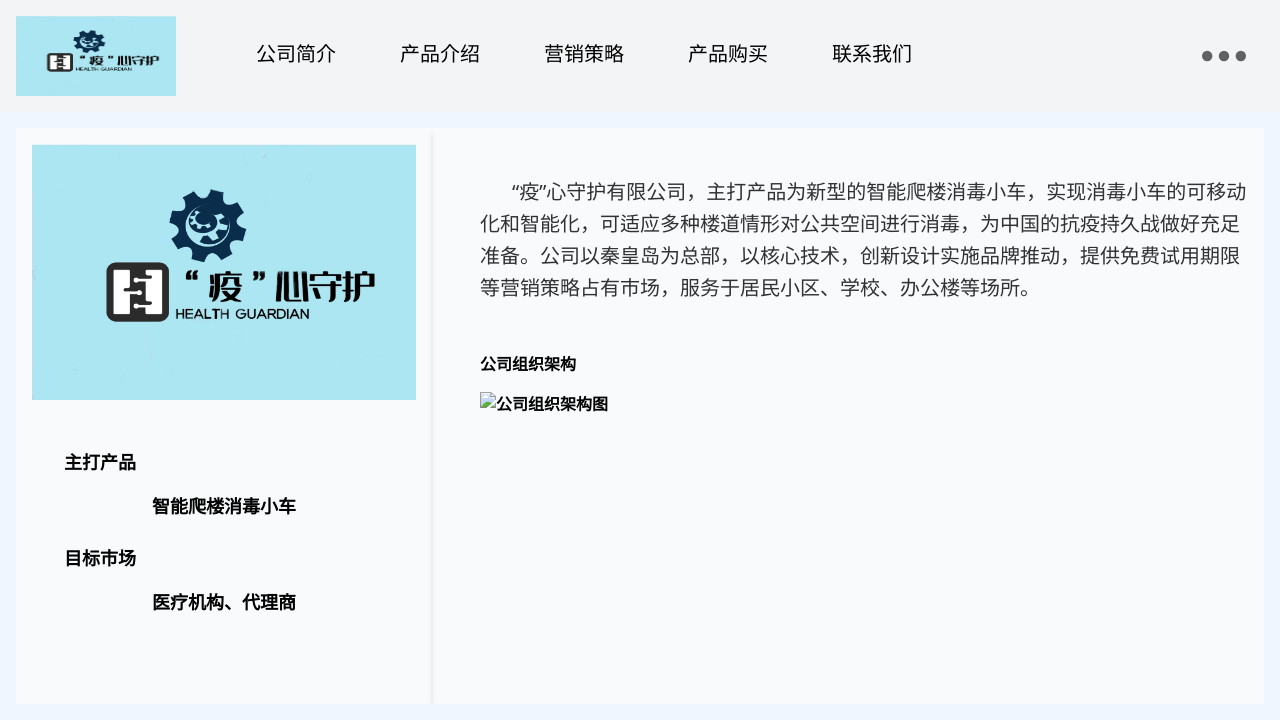
Repository: LiuRuohui/company_introduction
Page: /#/introduction
The author's editor kept a copy of each file at every save. The page is drawn from the files as they stood at one save, then again after the next save.
The browser window is 1280 px wide. The pictures show the whole page.
The project was rebuilt for these pictures with package versions that can differ from the ones it lists, and the page was loaded fresh each time. Also part of the build but not shown: vite.config.js, src/components/product.vue, src/components/purchase.vue, src/components/strategy.vue, src/components/contact.vue.

Above is the page before, as saved 2022-05-12 23:15:21.

### index.html
<!DOCTYPE html>
<html lang="en">
  <head>
    <meta charset="UTF-8" />
    <link rel="icon" href="/favicon.ico" />
    <meta name="viewport" content="width=device-width, initial-scale=1.0" />
    <title>COMPANY_INTRODUCTION</title>
  </head>
  <body>
    <div id="app"></div>
    <script type="module" src="/src/main.js"></script>
  </body>
</html>

### src/main.js
import { createApp } from 'vue'
import "./index.css";
//引入路由器
import router from '../src/router/route.js'

import App from './App.vue'

const app = createApp(App);
app.use(router);
app.mount('#app');

### src/index.css
/* ./src/index.css */

@tailwind base;
@tailwind components;
.inputFrame {
  @apply w-full content-center text-base px-4 py-2 border-b rounded-2xl border-gray-300;
}

.inputFrame:focus {
  @apply outline-none border-indigo-500;
}

.btn {
  @apply w-full flex justify-center bg-gradient-to-r from-indigo-500 to-blue-600 text-gray-100 p-4 rounded-full tracking-wide font-semibold shadow-lg cursor-pointer transition ease-in duration-500;
}

.btn:hover {
  @apply bg-gradient-to-l from-blue-500 to-indigo-600;
}

.label {
  @apply ml-3 text-sm font-bold text-gray-700 tracking-wide;
}

@tailwind utilities;

### src/router/route.js
import { createRouter, createWebHashHistory } from "vue-router";
//引入组件
import Introduction from "../components/introduction.vue"
import Product from "../components/product.vue"
import Purchase from "../components/purchase.vue"
import Strategy from "../components/strategy.vue"
import Contact from "../components/contact.vue"

const route = [
    {
        path:'/introduction',
        component:Introduction
    },
    {
        path:'/product',
        component:Product
    },
    {
        path:'/strategy',
        component:Strategy
    },
    {
        path:'/purchase',
        component:Purchase
    },
    {
        path:'/contact',
        component:Contact
    },
]

// 创建路由对象
const router = createRouter({
    history: createWebHashHistory(),
    routes: route
  });


export default router

### src/App.vue
<script setup>
import MainPage from './components/mainPage.vue';
// This starter template is using Vue 3 <script setup> SFCs
// Check out https://vuejs.org/api/sfc-script-setup.html#script-setup

</script>

<template>
<MainPage class="select-none"></MainPage>
</template>

<style>
	/* Hide scrollbar for Chrome, Safari and Opera */
	.no-scrollbar::-webkit-scrollbar {
		display: none;
	}

	/* Hide scrollbar for IE, Edge and Firefox */
	.no-scrollbar {
		-ms-overflow-style: none; /* IE and Edge */
		scrollbar-width: none; /* Firefox */
	}
</style>

### src/components/introduction.vue
<script setup>
const intro = "“疫”心守护有限公司，主打产品为新型的智能爬楼消毒小车，实现消毒小车的可移动化和智能化，可适应多种楼道情形对公共空间进行消毒，为中国的抗疫持久战做好充足准备。公司以秦皇岛为总部，以核心技术，创新设计实施品牌推动，提供免费试用期限等营销策略占有市场，服务于居民小区、学校、办公楼等场所。"
</script>

<template>
    <div class="w-full m-4 flex flex-row bg-slate-50 overflow-y-auto no-scrollbar">
        <div class="flex h-full w-1/3 shadow-md">
            <div class="m-4 w-full flex flex-col">
                <img src="/src/assets/logo.png" class="h-64" alt="">
                <div class="flex flex-grow my-4">
                    <div class="w-full m-8 flex flex-col text-lg font-sans font-bold">
                        <div class="w-full h-24">
                            主打产品
                            <div class="w-full text-center mt-4">智能爬楼消毒小车</div>
                        </div>
                        <div class="w-full h-24">
                            目标市场
                             <div class="w-full text-center mt-4">医疗机构、代理商</div>
                        </div>
                    </div>
                </div>
            </div>
        </div>
        <div class="flex flex-grow flex-col shadow-md w-2/3">
            <div class="m-4 w-full h-1/4 text-ellipsis">
                <div class="m-8 leading-8 indent-8 opacity-80 hover:opacity-100 hover:cursor-pointer font-sans text-left break-normal text-xl font-medium">{{intro}}</div>
            </div>
            <div class="m-4 w-full flex flex-grow flex-row">
                <div class="m-8 font-bold">
                    公司组织架构
                    <img src="" alt="公司组织架构图" class="mt-4">
                </div>
                <div></div>
            </div>
        </div>
    </div>
</template>

### src/components/mainPage.vue
<script setup></script>

<template>
    <div class="min-h-screen w-full flex flex-col bg-white">
        <div class="w-full h-28 flex flex-row bg-gray-100">
            <div class="h-full flex flex-col">
                <img
                    src="/src/assets/logo.png"
                    alt="公司图标"
                    class="h-20 m-4 w-40"
                />
            </div>
            <div class="flex font-sans text-xl ml-8">
                <router-link
                    active-class="active"
                    to="/introduction"
                    class="px-8 pt-10 hover:cursor-pointer hover:bg-blue-300"
                    >公司简介</router-link
                >
                <router-link
                    active-class="active"
                    to="/product"
                    class="px-8 pt-10 hover:cursor-pointer hover:bg-blue-300"
                    >产品介绍</router-link
                >
                <router-link
                    active-class="active"
                    to="/strategy"
                    class="px-8 pt-10 hover:cursor-pointer hover:bg-blue-300"
                    >营销策略</router-link
                >
                <router-link
                    active-class="active"
                    to="/purchase"
                    class="px-8 pt-10 hover:cursor-pointer hover:bg-blue-300"
                    >产品购买</router-link
                >
                <router-link
                    active-class="active"
                    to="/contact"
                    class="px-8 pt-10 hover:cursor-pointer hover:bg-blue-300"
                    >联系我们</router-link
                >
            </div>
            <div class="flex flex-grow flex-row-reverse">
                <img
                    src="/src/assets/more.svg"
                    alt="更多"
                    class="w-16 h-16 opacity-60 mt-6 mr-6 hover:cursor-pointer"
                />
            </div>
        </div>
        <div class="w-full flex flex-grow bg-blue-50">
            <router-view></router-view>
        </div>
    </div>
</template>

<style></style>

### tailwind.config.js
module.exports = {
  content: [
      "./index.html",
      "./src/**/*.{vue,js,ts,jsx,tsx}",
  ],
  theme: {
      extend: {},
  },
  plugins: [],
}

After the next save:
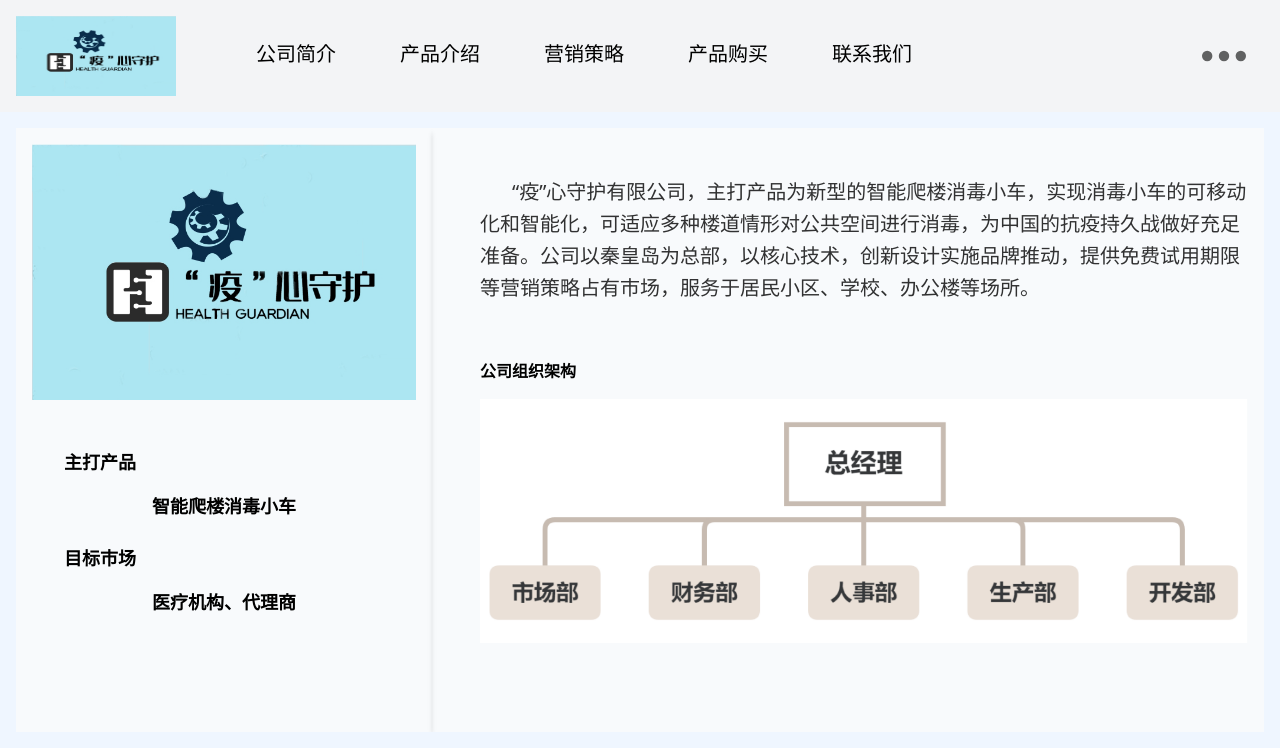
Saved 101 s later.
--- a/src/components/introduction.vue
+++ b/src/components/introduction.vue
@@ -28,7 +28,7 @@
             <div class="m-4 w-full flex flex-grow flex-row">
                 <div class="m-8 font-bold">
                     公司组织架构
-                    <img src="" alt="公司组织架构图" class="mt-4">
+                    <img src="/src/assets/structure.png" alt="公司组织架构图" class="mt-4">
                 </div>
                 <div></div>
             </div>
